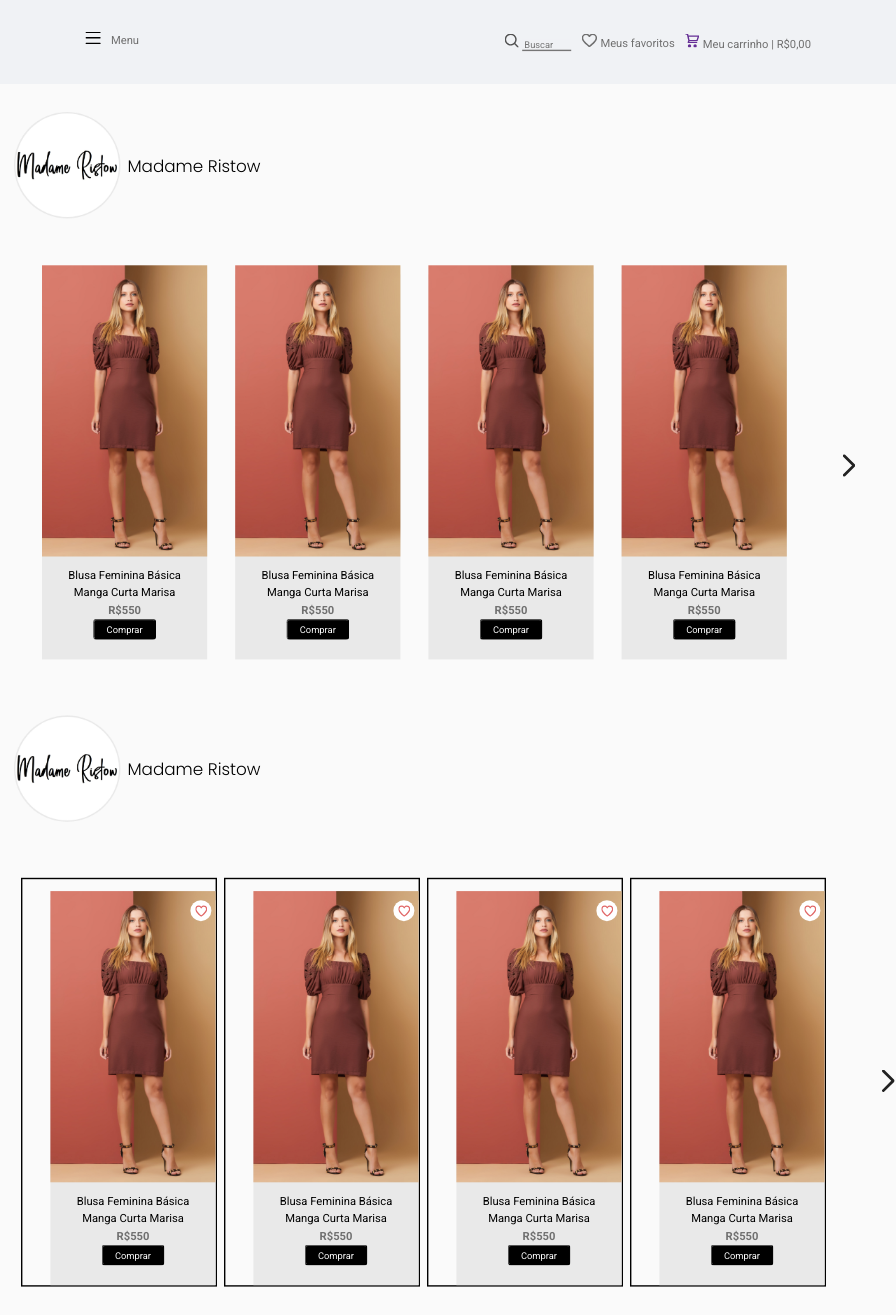
Repository: gutobarbosa/FrontEndLojaVirtual
Page: /
The author's editor kept a copy of each file at every save. The page is drawn from the files as they stood at one save, then again after the next save.
The browser window is 1280 px wide. The pictures show the whole page, at 70% of full size.
The project was rebuilt for these pictures with package versions that can differ from the ones it lists, and the page was loaded fresh each time. Also part of the build but not shown: src/pages/Repository/styles.ts, src/services/api.ts, src/pages/Repository/index.tsx.

Above is the page before, as saved 2020-11-22 00:17:34.

After the next save:
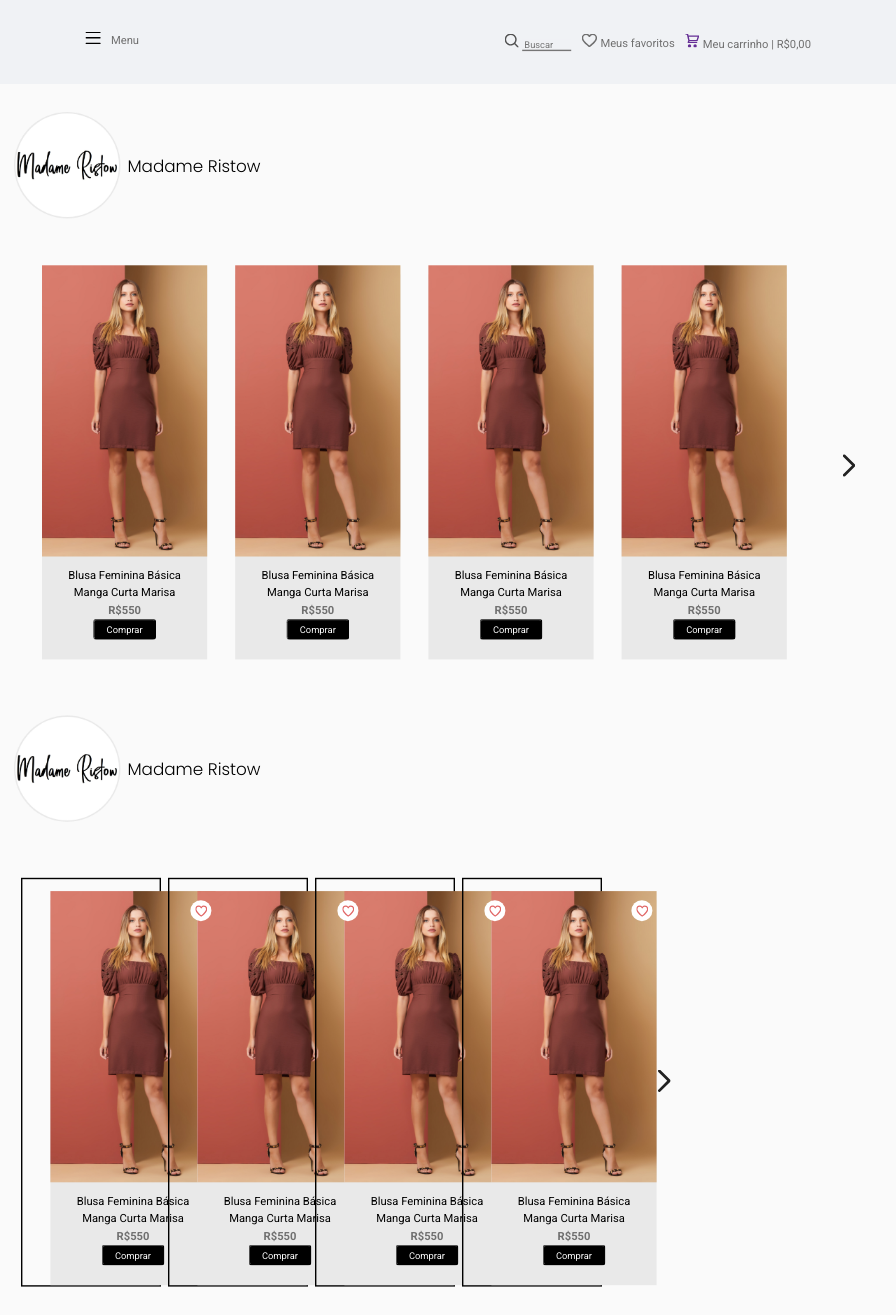
Saved 22 s later.
--- a/src/pages/Dashboard/styles.ts
+++ b/src/pages/Dashboard/styles.ts
@@ -33,7 +33,8 @@
 display: flex;
 align-items: center;
     .containerBox{
-        width:50%;
+        width:100%;
+        max-width: 200px;
         border: 2px solid black;
         margin-left: 10px
     }

After the save that followed:
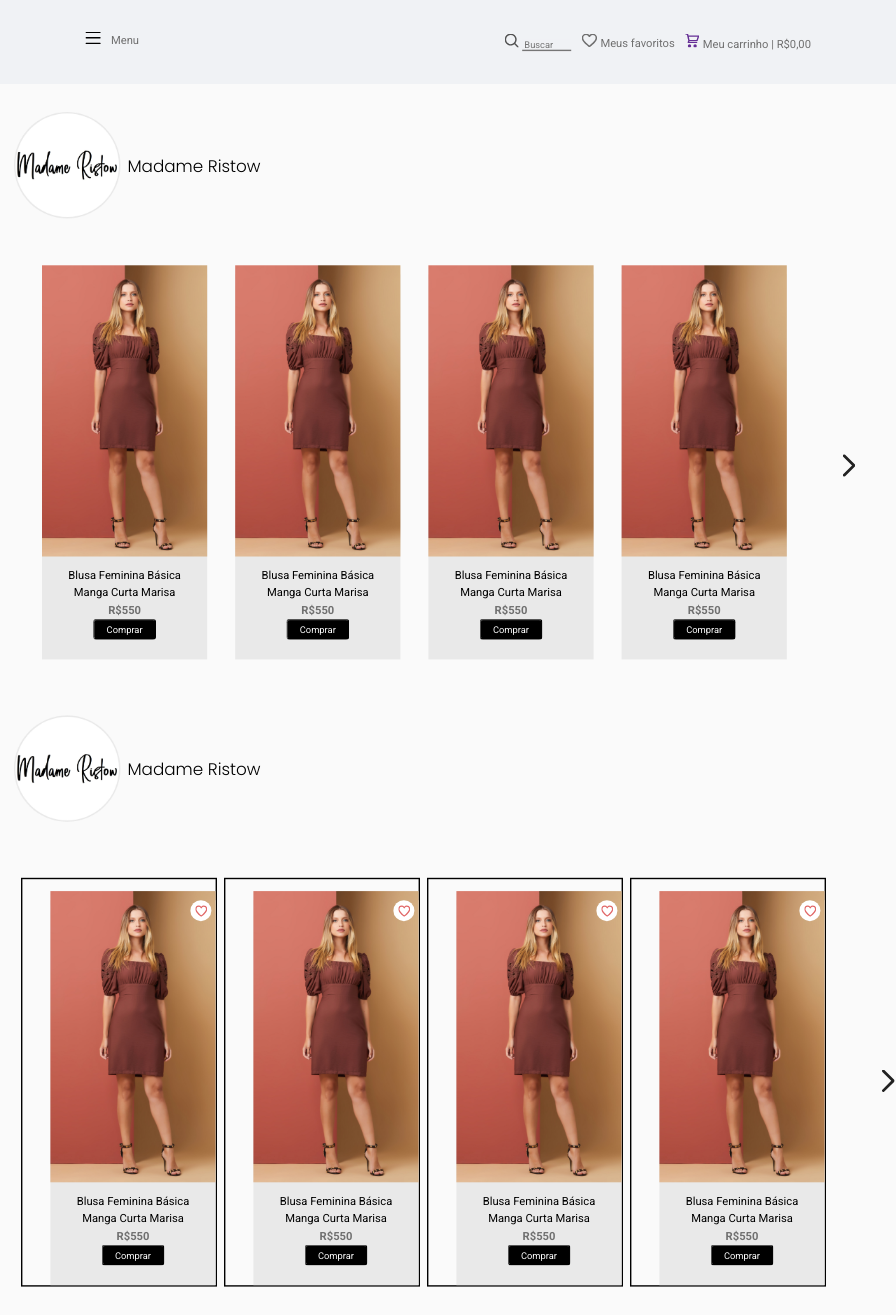
Saved 6 s later.
--- a/src/pages/Dashboard/styles.ts
+++ b/src/pages/Dashboard/styles.ts
@@ -34,7 +34,7 @@
 align-items: center;
     .containerBox{
         width:100%;
-        max-width: 200px;
+        max-width: 500px;
         border: 2px solid black;
         margin-left: 10px
     }
